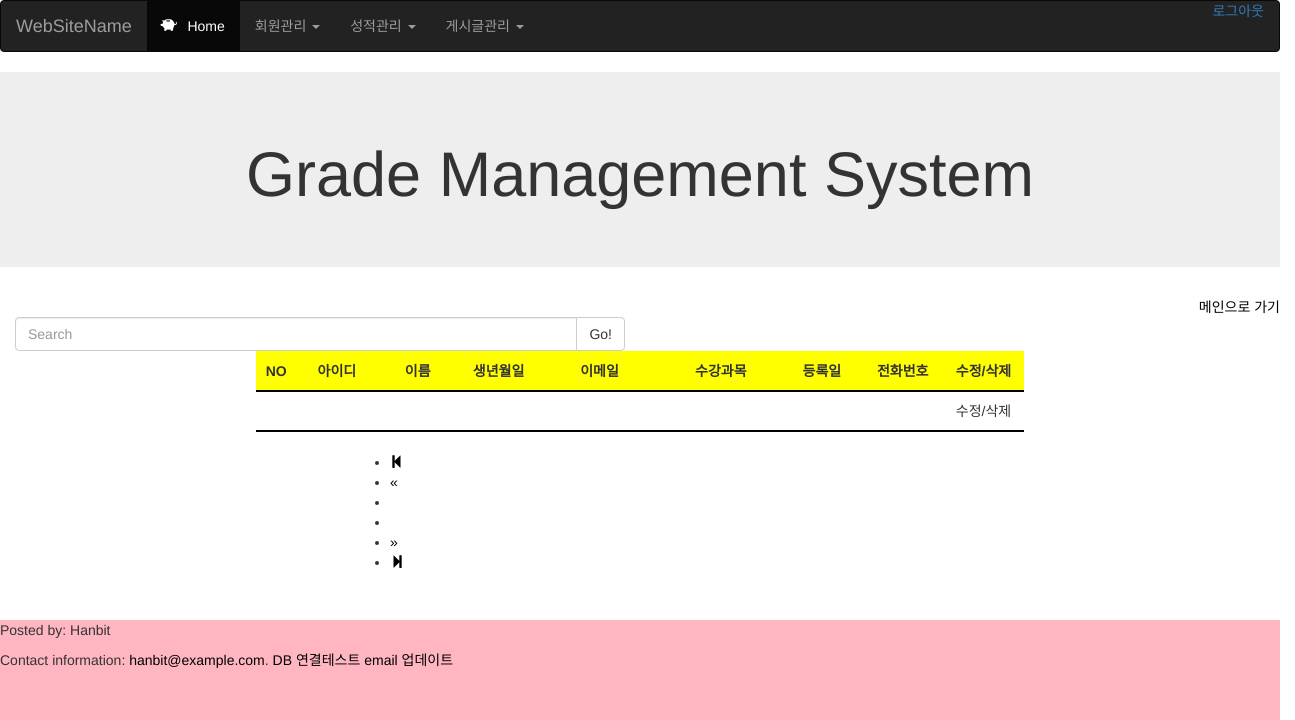
Repository: jeonghyunseok/GMSUI
Page: http://localhost/GMS2/WEB-INF/view/member/member_list.jsp
The author's editor kept a copy of each file at every save. The page is drawn from the files as they stood at one save, then again after the next save.
The browser window is 1280 px wide. The page is 1280 px wide, then 1295 px, so the pictures cover 1295 px, including what lies to the right of the window. The pictures show the whole page.
Some web libraries are served in a nearby version. The page is served by Tomcat 9. Nobody is signed in. Other server files are loaded and not shown. The template is opened directly, without the code that normally fills it, so the values that code supplies are empty.

Above is the page before, as saved 2017-08-21 07:01:22.

### GMS2/WebContent/WEB-INF/view/member/member_list.jsp
<%@ page language="java" contentType="text/html; charset=UTF-8"
	pageEncoding="UTF-8"%>

<jsp:include page="../common/common_head.jsp"/>

<div id="container">

  <div class="col-lg-6" >
    <div class="input-group" style="margin:0 auto">
      <input type="text" class="form-control" placeholder="Search">
      <span class="input-group-btn">
        <button class="btn btn-default" type="button">Go!</button>
      </span>
    </div><!-- /input-group -->
  </div><!-- /.col-lg-6 -->
</div><!-- /.row -->
<table id="member_list_tab" >
		<tr>
		<th style="width: 5%;">NO</th>
		<th style="width: 10%;">아이디</th>
		<th style="width: 10%;">이름</th>
		<th style="width: 10%;">생년월일</th>
		<th style="width: 15%;">이메일</th>
		<th style="width: 15%;">수강과목</th>
		<th style="width: 10%;">등록일</th>
		<th style="width: 10%;">전화번호</th>
		<th style="width: 10%;">수정/삭제</th>
		</tr>
		<c:forEach var="i" items="${requestScope.list}">
		<tr>
		<td>${i.num}</td>
		<td>${i.id}</td>
		<td >${i.name}</td>
		<td >${i.ssn }</td>
		<td >${i.email}</td>
		<td >${i.title}</td>
		<td >${i.regdate }</td>
		<td >${i.phone }</td>
		<td>수정/삭제</td>
		</tr>
		</c:forEach>
		</table>
		<nav aria-label="Page navigation" style="width: 500px; margin: 0 auto;">
	  <ul class="pagination">
	   <c:if test="${requestScope.prevBlock gt 0}">
	     <li><a href="#"><span class="glyphicon glyphicon-step-backward" aria-hidden="true"></span></a></li>
	    	    <li>
	      <a href="#" aria-label="Previous">
	        <span aria-hidden="true">&laquo;</span>
	      </a>
	    </li>
	    </c:if>
	    <c:forEach varStatus="i" begin="${requestScope.startPage}" end="${requestScope.endPage}" step="1">
	        <c:choose  >

         <c:when  test="${i.index eq requestScope.pageNumber}">
         <li  class="active"><a href="#">${i.index}</a></li>
     	 </c:when>

            <c:otherwise>
          <li ><a onclick="list('member','member_list',${i.index})" >${i.index}</a></li>
     		</c:otherwise>
              </c:choose>

	      </c:forEach>
		<c:if test="${requestScope.nextBlock le requestScope.theNumberOfPages}">
	    <li>
	      <a href="#" aria-label="Next">
	      <span aria-hidden="true">&raquo;</span>
	      </a>
	     </li>
	      <li><a href="#"> <span class="glyphicon glyphicon-step-forward" aria-hidden="true"></span></a></li>
	  </c:if>
	  </ul>
	</nav>
</div>

<jsp:include page="../common/footer.jsp"></jsp:include>

### GMS2/WebContent/WEB-INF/view/common/common_head.jsp
<%@ page language="java" contentType="text/html; charset=UTF-8" pageEncoding="UTF-8"%>

<!DOCTYPE html>
<html>
<head>
<meta charset="UTF-8" name="viewport"
	content="width=device-width, initial-scale=1.0">
<title>Student detail</title>

<link rel="stylesheet" href="${ctx}/resources/css/common.css" />
<link rel="stylesheet" href="${ctx}/resources/css/member.css" />
 <link rel="stylesheet" href="https://maxcdn.bootstrapcdn.com/bootstrap/3.3.7/css/bootstrap.min.css">

 <script src="https://ajax.googleapis.com/ajax/libs/jquery/3.2.0/jquery.min.js"></script>
 <script src="https://maxcdn.bootstrapcdn.com/bootstrap/3.3.7/js/bootstrap.min.js"></script>
</head>
<body>
	<div id="wrapper">
		<header>
	    <jsp:include page="navbar.jsp"></jsp:include>
		<div class="jumbotron text-center">
		<h1>Grade Management System</h1>
        </div>
		</header>
	<a id="go_main" href="/index.jsp">메인으로 가기</a><br />

### GMS2/WebContent/WEB-INF/view/common/navbar.jsp
<%@ page language="java" contentType="text/html; charset=UTF-8" pageEncoding="UTF-8"%>
<nav class="navbar navbar-inverse">
  <div class="container-fluid">
    <div class="navbar-header">
      <a class="navbar-brand" href="#">WebSiteName</a>
    </div>
  	  <ul class="nav navbar-nav">
  	   <li class="active"><a id="nav_move"><span class="glyphicon glyphicon-piggy-bank"></span> &nbsp; Home</a></li>

		<li class="dropdown">
      <a href="#" class="dropdown-toggle"
      	data-toggle="dropdown" role="button"
      	aria-haspopup="true"
      	aria-expanded="false">회원관리 <span class="caret">
      	</span></a>

      	<ul id="navbar_drop_stu" >
   		<li><a >학생추가</a></li>
   		<li><a >학생목록</a></li>
   		<li><a >학생조회</a></li>
   		<li ></li>
   		<li><a >학생삭제</a></li>
      	</ul>
      	</li>

      	<li class="dropdown">
      <a href="#" class="dropdown-toggle"
      	data-toggle="dropdown" role="button"
      	aria-haspopup="true"
      	aria-expanded="false">성적관리 <span class="caret">
      	</span></a>
      	<ul id="navbar_drop_grade">
   		<li><a >성적추가</a></li>
   		<li><a >성적목록</a></li>
   		<li><a >성적조회</a></li>
   		<li ></li>
   		<li><a >성적 삭제</a></li>
      	</ul>
      	</li>

      	<li class="dropdown">
       <a href="#" class="dropdown-toggle"
       	data-toggle="dropdown" role="button"
      	aria-haspopup="true"
      	aria-expanded="false">게시글관리 <span class="caret">
      	</span></a>
      	<ul id="navbar_drop_board" >
   		<li><a >게시글추가</a></li>
   		<li><a >게시글목록</a></li>
   		<li><a >게시글조회</a></li>
   		<li ></li>
   		<li><a >게시글 삭제</a></li>
      	</ul>
      	</li>
   	 </ul>
   		<span class="gms-float-right" style="color:white"> ${sessionScope.user.name} &nbsp;
   		 <a  id="logout" >로그아웃</a></span>
	</div>
</nav>
	<script>

		function logout(dir,page){
		location.href="${ctx}/"+dir+".do?action=move&page="+page;
		return true;
		}

		function moveTo(dir,page){
			location.href="${ctx}/"+dir+".do?action=move&page="+page;
			}

		function deleteTarget(target){
	 		prompt(target+'의 ID?');
	 	}
		function list(dir,page,pageNumber){
			location.href="${ctx}/"+dir+".do?action=list&page="+page+"&pageNumber="+pageNumber;
		}
		function mainLoad(){

			var u1=document.getElementById("main_ul_stu");
		 	var u2=document.getElementById("main_ul_grade");
		 	var u3=document.getElementById("main_ul_board");

		 u1.setAttribute("class","list-group");
		 u2.setAttribute("class","list-group");
		 u3.setAttribute("class","list-group");

		 	var u1c=u1.children;
		 	var u2c=u2.children;
		 	var u3c=u3.children;

		 	var i;
		 	for(i=0;i<u1c.length;i++){
		 		u1c[i].setAttribute("class","list-group-item");
		 	}

		 	for(i=0;i<u2c.length;i++){
		 		u2c[i].setAttribute("class","list-group-item");
		 	}
		 	for(i=0;i<u3c.length;i++){
		 		u3c[i].setAttribute("class","list-group-item");
		 	}

		 	u1c[0].setAttribute("onclick","moveTo('member','member_add')")
		 	u1c[1].setAttribute("onclick","list('member','member_list','1')")
		 	u1c[2].setAttribute("onclick","moveTo('member','member_search')")
		 	u1c[3].setAttribute("onclick","moveTo('member','member_update')")
		 	u1c[4].setAttribute("onclick","deleteTarget('학생')")

		 	u2c[0].setAttribute("onclick","moveTo('grade','grade_add')")
		 	u2c[1].setAttribute("onclick","list('grade','grade_list','1')")
			u2c[2].setAttribute("onclick","moveTo('grade','grade_detail')")
		 	u2c[3].setAttribute("onclick","moveTo('grade','grade_update')")
		 	u2c[4].setAttribute("onclick","deleteTarget('성적')");

		 	u3c[0].setAttribute("onclick","moveTo('board','board_add')")
		 	u3c[1].setAttribute("onclick","list('board','board_list','1')")
		 	u3c[2].setAttribute("onclick","moveTo('board','board_update')")
		 	u3c[3].setAttribute("onclick","deleteTarget('게시글')")

		}

		function navbarLoad(){

			var u1=document.getElementById("navbar_drop_stu");
		 	var u2=document.getElementById("navbar_drop_grade");
		 	var u3=document.getElementById("navbar_drop_board");

		 	var u1c=u1.children;
		 	var u2c=u2.children;
		 	var u3c=u3.children;

		 u1.setAttribute("class","dropdown-menu");
		 u2.setAttribute("class","dropdown-menu");
		 u3.setAttribute("class","dropdown-menu");


			 var nav_move=document.getElementById("nav_move");
		 	nav_move.setAttribute("onclick","moveTo('common','main')");

		 	var logout=document.getElementById("logout");
			 logout.setAttribute("onclick","moveTo('common','index')");


		 	u1c[0].setAttribute("onclick","moveTo('member','member_add')")
		 	u1c[1].setAttribute("onclick","list('member','member_list','1')")
		 	u1c[2].setAttribute("onclick","moveTo('member','member_search')")
		 	u1c[3].setAttribute("role","separator");
		 	u1c[3].setAttribute("class","divider");
		 	u1c[4].setAttribute("onclick","deleteTarget('학생')")

		 	u2c[0].setAttribute("onclick","moveTo('grade','grade_add')")
		 	u2c[1].setAttribute("onclick","list('grade','grade_list','1')")
		 	u2c[2].setAttribute("onclick","moveTo('grade','grade_detail')")
			u2c[3].setAttribute("role","separator");
		 	u2c[3].setAttribute("class","divider");
		 	u2c[4].setAttribute("onclick","deleteTarget('성적')");

		 	u3c[0].setAttribute("onclick","moveTo('board','board_add')")
		 	u3c[1].setAttribute("onclick","list('board','board_list','1')")
		 	u3c[2].setAttribute("onclick","moveTo('board','board_update')")
		 	u3c[3].setAttribute("role","separator");
		 	u3c[3].setAttribute("class","divider");
		 	u3c[4].setAttribute("onclick","deleteTarget('게시글')")

		}
		  	window.onload=navbarLoad();


	</script>

### GMS2/WebContent/WEB-INF/view/common/footer.jsp
<%@ page language="java" contentType="text/html; charset=UTF-8" pageEncoding="UTF-8"%>
<!doctype html>
	<footer>
		<div>
				<p>Posted by: Hanbit</p>
				<p>
					Contact information: <a href="mailto:someone@example.com">
						hanbit@example.com</a>.
				<a href="../jdbctest.jsp">DB 연결테스트</a>
				<a href="../util/update_email.jsp">email 업데이트</a>
				</p>
	</div>
		</footer>
			</div>
					</body>
			</html>

### GMS2/WebContent/resources/css/common.css
@CHARSET "UTF-8";
html, body{height: 100%; margin: 0; padding: 0; border: 0;}
table{border-collapse:collapse;}
#wrapper{position: relative; min-height:100%;padding-bottom:100px;}
footer{position: absolute; bottom: 0; left: 0; width: 100%;  height: 100px;  background-color: lightpink;}
fotter div{width:80%;}
#go_main{float:right}
#container{width:100%; margin:0 auto; }
#text-cen{text-align: center}
#title{text-align:center; margin:0 auto;}
#text-cen{text-align:center;}
.gms-text-center{text-align:center;}
.gms-border-black{border: 1px solid black;}
.gms-width-30pro{width:30%;}
.gms-width-100pro{width:100%;}
.gms-text-deconone{text-decoration: none}
.gms-margine-auto{margin:0 auto}
.gms-list-none{list-style-type:none}
.gms-display-inline{display: inline-block;}
.gms-color-green{color:green}
.gms-backcolor-yellow{background-color:yellow}
.gms-color-blue{color:blue}
.gms-backcolor-red{background-color:#9afafa}
.gms-float-right{float:right}


/* unvisited link */
a:link { color: black;}
/* visited link */
a:visited {color: green;}
/* mouse over link */
a:hover {color: red;}
/* selected link */
a:active {color: blue;}

### GMS2/WebContent/resources/css/member.css
@CHARSET "UTF-8";
@IMPORT "common.css";
/*index.jsp*/
#index-tab{width:75%; margin:80px auto;width:80%;border:2px solid blue}
#index-tab-tr>td{border: 1px solid black; width:30%;padding:30px; text-align:center; text-decoration: none}
#index-tab-tr>th{border: 1px solid black; width:30%; text-align:center; text-decoration: none}
.index-ul{width: 200px;text-decoration: none;list-style-type:none}
.index-ul>li{border: 1px solid black;}
.index-ul>li>a{text-decoration: none; list-style-type:none}
#wrapper{width:100%;}
#index-h1{text-align:center; margin:0 auto;font-size:80px;}
/*login.jsp*/
#login_img{width: 200px;height: 200px; text-align:center;}
#login_id{font-size:20px;width:108px;display: inline-block;}
#login_pass{font-size:20px;display: inline-block;}
#login_botton{width: 150px; background-color:yellow;}
#cancel_botton{width: 150px; background-color:red;}
/*join.jsp*/
#join_id{font-size:20px;width:108px;display: inline-block;}
#join_pass{font-size:20px;display: inline-block;}
#join_name{font-size:20px;width:108px;display: inline-block;}
#join_birth{font-size:15px;width:60px;display: inline-block;}
#join_yes_btn{width:140px ; background-color:green;margin:0 auto;}
#join_no_btn{width:140px ; background-color:red;margin:0 auto;}
#join_form{margin:0 auto;}
/*login_list.jsp*/
#member_list_tab {width:60%;margin:0 auto;}
#member_list_tab th{border-bottom:2px solid black;height:40px;text-align:center;background-color:yellow;}
#member_list_tab td{border-bottom:2px solid black;height:40px;text-align:center;}
/*member_search*/
#member_search_box{width:300px;margin:0 auto;}
/*member_detail*/
#member_detail_tab {width: 60%;margin:0 auto;}
#member_detail_tab tr{border:2px solid black;height:40px;text-align:center;}
#member_detail_tab td{border:2px solid black;height:40px;text-align:center;}

After the next save:
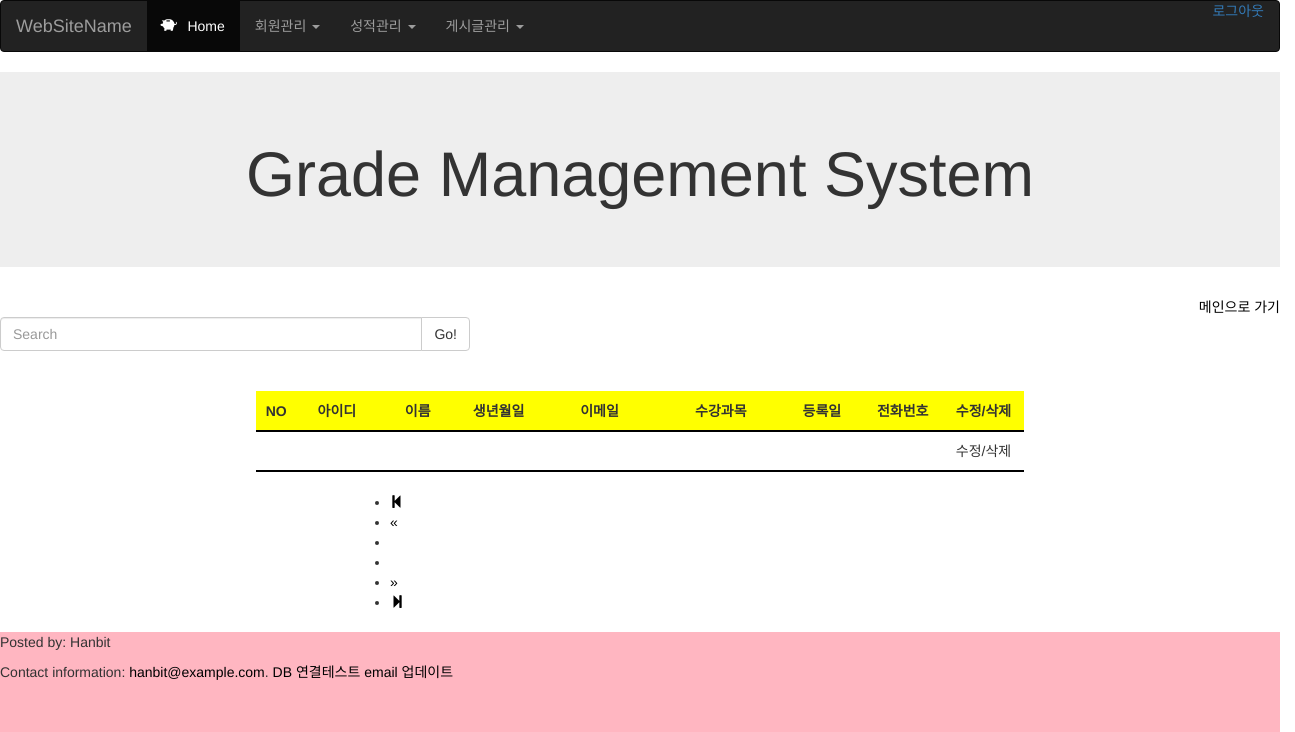
Saved 2 min 16 s later.
--- a/GMS2/WebContent/WEB-INF/view/member/member_list.jsp
+++ b/GMS2/WebContent/WEB-INF/view/member/member_list.jsp
@@ -4,8 +4,8 @@
 <jsp:include page="../common/common_head.jsp"/>
 
 <div id="container">
-
-  <div class="col-lg-6" >
+<div class="row">
+  <div class="col-lg-6" style="width: 500px; margin 0 auto;">
     <div class="input-group" style="margin:0 auto">
       <input type="text" class="form-control" placeholder="Search">
       <span class="input-group-btn">
@@ -14,6 +14,7 @@
     </div><!-- /input-group -->
   </div><!-- /.col-lg-6 -->
 </div><!-- /.row -->
+<div style="height: 40px; width:300px;"></div>
 <table id="member_list_tab" >
 		<tr>
 		<th style="width: 5%;">NO</th>
